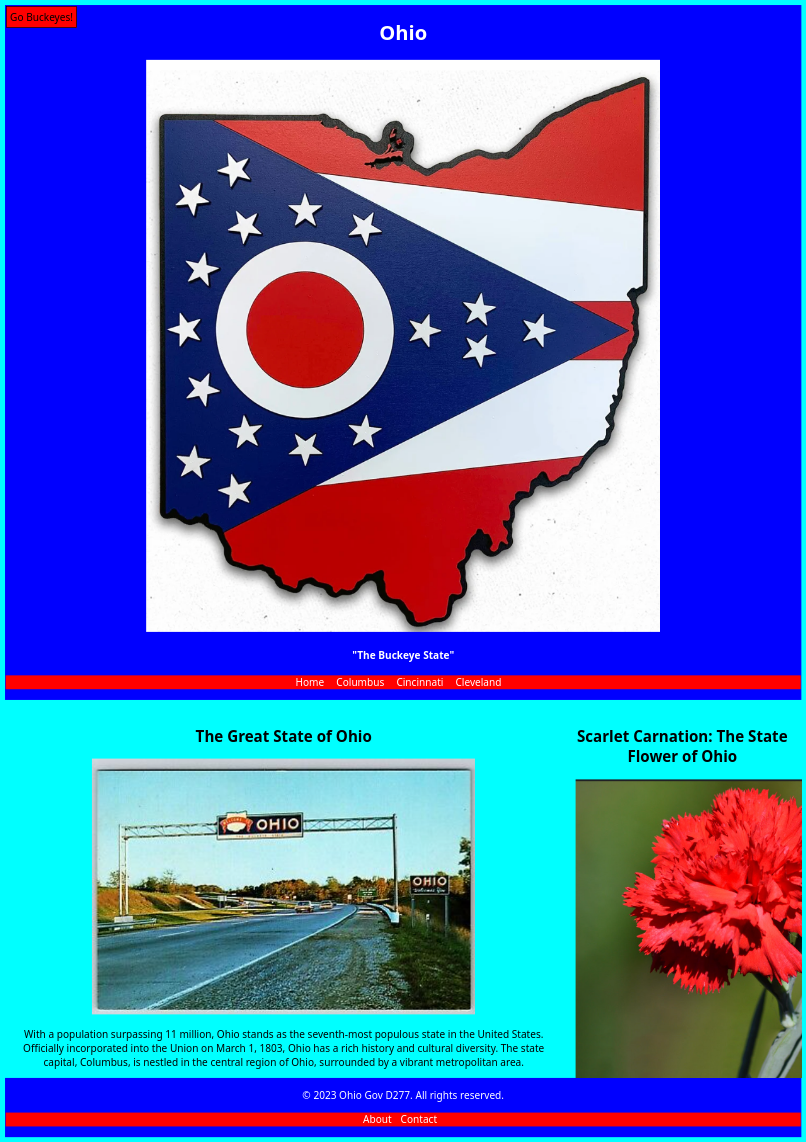
Repository: MikeeBuilds/FEWD-task1
Page: index.html
An editor plug-in stored every save of this project. The page is shown before and after a run of saves, followed by the edit.
The browser window is 1280 px wide. The pictures show the whole page, at 63% of full size.
An inner scrolling area shows only its first screen.

Above is the page before, as saved 2024-07-02 17:02:13.
Console error: TypeError: Cannot read properties of null (reading 'addEventListener')

After the next 2 saves:
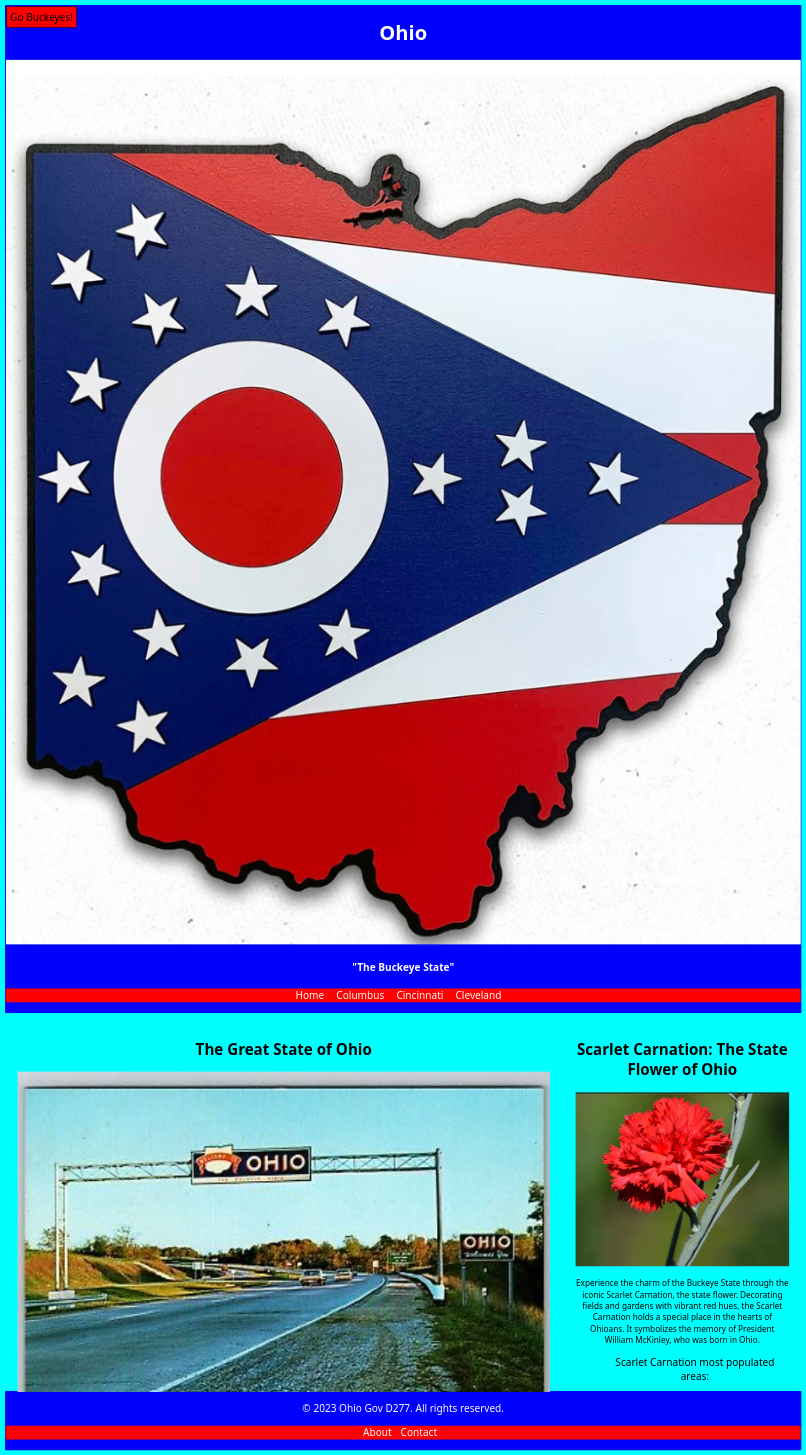
The 2 saves are shown as one change because they came seconds apart.
The last was saved 9 min 8 s later.
--- a/style.css
+++ b/style.css
@@ -118,3 +118,8 @@ form input[type="submit"] {
     width: auto;
     margin-top: 20px;
 }
+
+img {
+    width: 100%;
+    height: auto;
+}
